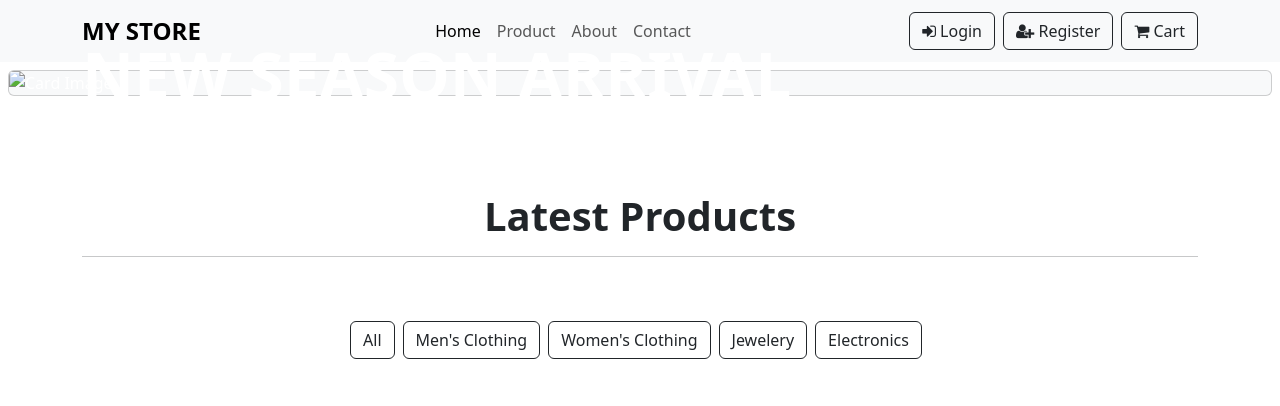
Repository: asad3407886839/E-commerce-Store
Page: /products (app in vite-project/)
An editor plug-in stored every save of this project. The page is shown before and after the next save, followed by the edit.
The browser window is 1280 px wide. The pictures show the whole page.
The page's requests for data from a server got no answer. The project was rebuilt for these pictures with package versions that can differ from the ones it lists, and the page was loaded fresh each time. No one was signed in, and anything a server would have sent is missing. Also part of the build but not shown: vite-project/vite.config.js, vite-project/src/index.css.

Above is the page before, as saved 2024-06-29 18:41:24.

### vite-project/src/main.jsx
import React from 'react'
import ReactDOM from 'react-dom/client'
import App from './App.jsx'
import './index.css'
import '../node_modules/bootstrap/dist/css/bootstrap.min.css'
import '../node_modules/bootstrap/dist/js/bootstrap.bundle'
import 'font-awesome/css/font-awesome.min.css'

ReactDOM.createRoot(document.getElementById('root')).render(

    <App />
)

### vite-project/src/App.jsx
import React from 'react'
import Navbar from './components/Navbar'
import Home from './components/Home'
import Products from './components/Products'

const App = () => {
  return (
    <div>
      <Navbar/>
      <Home/>
      <Products/>
    </div>
  )
}

export default App

### vite-project/src/components/Navbar.jsx
import React from 'react';
const Navbar = () => {
  return (
    <div>
      <nav className="navbar navbar-expand-lg navbar-light bg-light">
        <div className="container">
          <a className="navbar-brand fw-bold fs-4" href="#">MY STORE</a>
          <button
            className="navbar-toggler"
            type="button"
            data-bs-toggle="collapse"
            data-bs-target="#navbarSupportedContent"
            aria-controls="navbarSupportedContent"
            aria-expanded="false"
            aria-label="Toggle navigation"
          >
            <span className="navbar-toggler-icon"></span>
          </button>
          <div className="collapse navbar-collapse" id="navbarSupportedContent">
            <ul className="navbar-nav mx-auto mb-2 mb-lg-0">
              <li className="nav-item">
                <a className="nav-link active" aria-current="page" href="#">Home</a>
              </li>
              <li className="nav-item">
                <a className="nav-link" href="#">Product</a>
              </li>
              <li className="nav-item">
                <a className="nav-link" aria-current="page" href="#">About</a>
              </li>
              <li className="nav-item">
                <a className="nav-link" aria-current="page" href="#">Contact</a>
              </li>
            </ul>
            <div className="buttons">
              <a href="" className="btn btn-outline-dark">
                <i className="fa fa-sign-in"></i> Login
              </a>
              <a href="" className="btn btn-outline-dark ms-2">
                <i className="fa fa-user-plus"></i> Register
              </a>
              <a href="" className="btn btn-outline-dark ms-2">
                <i className="fa fa-shopping-cart"></i> Cart
              </a>
            </div>
          </div>
        </div>
      </nav>
    </div>
  );
};

export default Navbar;

### vite-project/src/components/Home.jsx
import React from 'react';

const Home = () => {
  return (
    <div className="hero">
       <div className="card text-white bg-light position-relative m-2" >
       <img
          src="https://avatars.mds.yandex.net/i?id=39f40d791f1f7c86e921481b05da4f674ca95710-12803937-images-thumbs&n=13"
          className="card-img"
          alt="Card Image"
          style={{ maxHeight: '650px', width: 'auto' }}
        />
        <div className="card-img-overlay d-flex align-items-center justify-content-start">
          <div className="container text-start">
            <h5 className="card-title display-3 fw-bold mb-0 text-white">NEW SEASON ARRIVAL</h5>
            <p className="card-text text-uppercase text-white">Check Out All Trends</p>
          </div>
        </div>
      </div>
    </div>
  );
};

export default Home;

### vite-project/src/components/Products.jsx
import React, { useState, useEffect } from 'react';

const Products = () => {
  const [data, setData] = useState([]);
  const [filter, setFilter] = useState([]);
  const [loading, setLoading] = useState(false);
  let componentMounted = true;

  useEffect(() => {
    const fetchProducts = async () => {
      setLoading(true);
      try {
        const response = await fetch('https://fakestoreapi.com/products');
        const result = await response.json();
        if (componentMounted) {
          setData(result);
          setFilter(result);
          setLoading(false);
        }
      } catch (error) {
        console.error("Error fetching data:", error);
        setLoading(false);
      }
    };

    fetchProducts();

    return () => {
      componentMounted = false;
    };
  }, []);

  if (loading) {
    return <div>Loading...</div>;
  }

  const showProducts = () => {
    return (
      <>
        <div className="buttons d-flex justify-content-center mb-5 pb-5">
          <button className="btn btn-outline-dark me-2" onClick={() => setFilter(data)}>All</button>
          <button className="btn btn-outline-dark me-2" onClick={() => setFilter(data.filter(product => product.category === 'men\'s clothing'))}>Men's Clothing</button>
          <button className="btn btn-outline-dark me-2" onClick={() => setFilter(data.filter(product => product.category === 'women\'s clothing'))}>Women's Clothing</button>
          <button className="btn btn-outline-dark me-2" onClick={() => setFilter(data.filter(product => product.category === 'jewelery'))}>Jewelery</button>
          <button className="btn btn-outline-dark me-2" onClick={() => setFilter(data.filter(product => product.category === 'electronics'))}>Electronics</button>
        </div>
        <div className="row">
          {filter.map((product) => (
            <div className="col-md-3 mb-4" key={product.id}>
              <div className="card h-100 text-center p-3">
                <img
                  src={product.image}
                  className="card-img-top"
                  alt={product.title}
                  height="250px"
                />
                <div className="card-body">
                  <h5 className="card-title">{product.title}</h5>
                  <p className="card-text">${product.price}</p>
                  <a href="#" className="btn btn-primary">
                    Buy Now
                  </a>
                </div>
              </div>
            </div>
          ))}
        </div>
      </>
    );
  };

  return (
    <div className="container my-5 py-5">
      <div className="row">
        <div className="col-12 mb-5">
          <h1 className="display-6 fw-bolder text-center">Latest Products</h1>
          <hr />
        </div>
      </div>
      <div className="row justify-content-center">
        {showProducts()}
      </div>
    </div>
  );
};

export default Products;

Loaded but not shown: vite-project/index.html (common file)

After the next save:
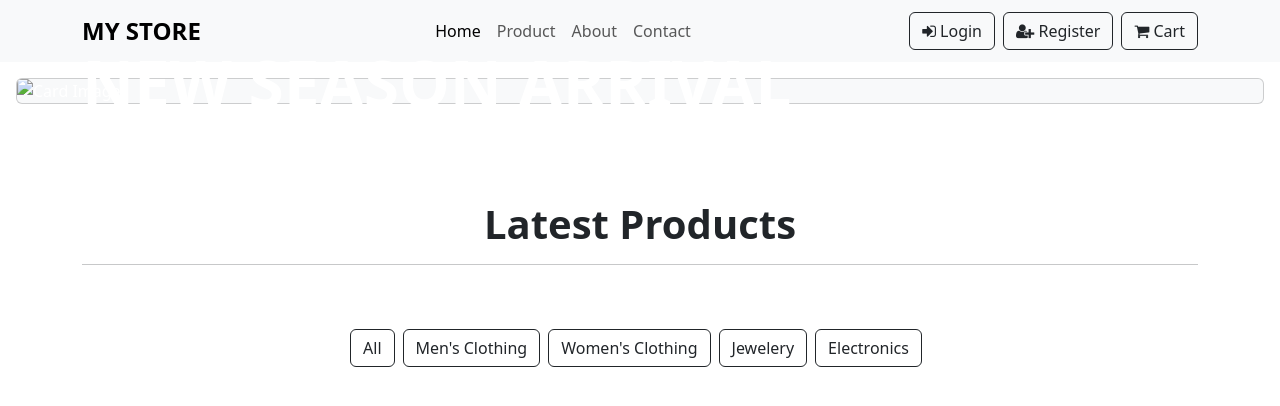
Saved 11 s later.
--- a/vite-project/src/components/Home.jsx
+++ b/vite-project/src/components/Home.jsx
@@ -3,7 +3,7 @@ import React from 'react';
 const Home = () => {
   return (
     <div className="hero">
-       <div className="card text-white bg-light position-relative m-2" >
+       <div className="card text-white bg-light position-relative m-3" >
        <img
           src="https://avatars.mds.yandex.net/i?id=39f40d791f1f7c86e921481b05da4f674ca95710-12803937-images-thumbs&n=13"
           className="card-img"
